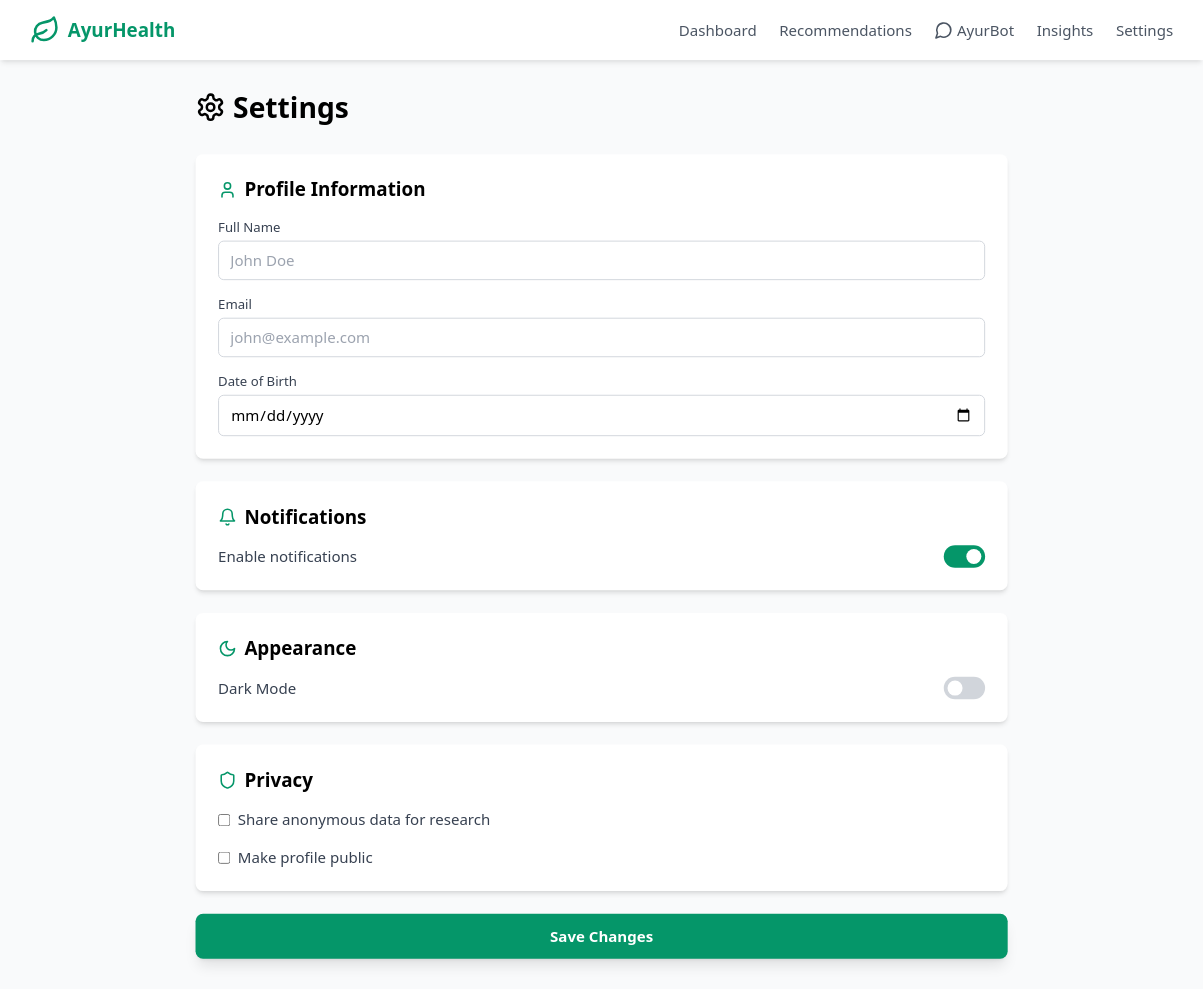
Repository: HridayAgg/AyurHealth
Page: /settings
The author's editor kept a copy of each file at every save. The page is drawn from the files as they stood at one save, then again after the next save.
The browser window is 1280 px wide. The pictures show the whole page, at 94% of full size.
Some web fonts or font styles are not loaded; a fallback is used. The project was rebuilt for these pictures with package versions that can differ from the ones it lists, and the page was loaded fresh each time. Also part of the build but not shown: vite.config.ts, src/pages/Home.tsx, src/pages/Recommendations.tsx, src/pages/ArticleDetail.tsx, src/pages/GoogleFitAuth.tsx, src/pages/Chat.tsx.

Above is the page before, as saved 2025-03-16 00:11:39.

After the next save:
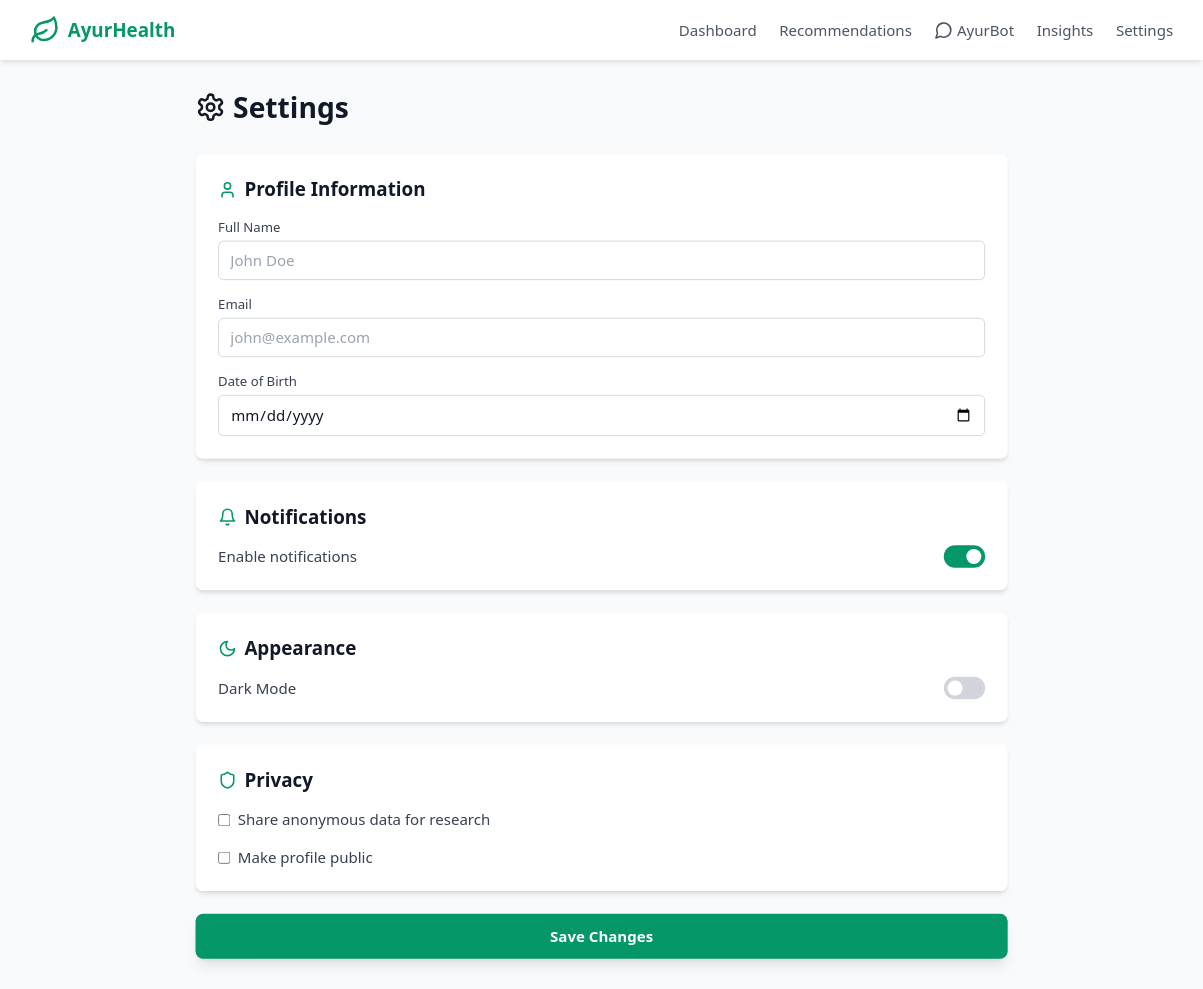
Saved 44 s later.
--- a/src/pages/Settings.tsx
+++ b/src/pages/Settings.tsx
@@ -1,60 +1,61 @@
 import React, { useState } from 'react';
 import { Settings as SettingsIcon, Bell, Shield, User, Moon } from 'lucide-react';
 import { Button } from '../components/Button';
+import { useTheme } from '../contexts/ThemeContext';
 
 export const Settings: React.FC = () => {
   const [notifications, setNotifications] = useState(true);
-  const [darkMode, setDarkMode] = useState(false);
+  const { darkMode, toggleDarkMode } = useTheme();
 
   return (
     <div className="max-w-4xl mx-auto px-4 py-8">
-      <h1 className="text-3xl font-bold mb-8 flex items-center gap-2">
+      <h1 className="text-3xl font-bold mb-8 flex items-center gap-2 text-gray-900 dark:text-white">
         <SettingsIcon className="h-8 w-8" />
         Settings
       </h1>
 
-      <div className="bg-white rounded-lg shadow-md p-6 mb-6">
-        <h2 className="text-xl font-semibold mb-4 flex items-center gap-2">
+      <div className="bg-white dark:bg-gray-800 rounded-lg shadow-md p-6 mb-6">
+        <h2 className="text-xl font-semibold mb-4 flex items-center gap-2 text-gray-900 dark:text-white">
           <User className="h-5 w-5 text-emerald-600" />
           Profile Information
         </h2>
         <div className="space-y-4">
           <div>
-            <label className="block text-sm font-medium text-gray-700 mb-1">Full Name</label>
+            <label className="block text-sm font-medium text-gray-700 dark:text-gray-300 mb-1">Full Name</label>
             <input
               type="text"
-              className="w-full px-3 py-2 border border-gray-300 rounded-md"
+              className="w-full px-3 py-2 border border-gray-300 dark:border-gray-600 rounded-md bg-white dark:bg-gray-700 text-gray-900 dark:text-white"
               placeholder="John Doe"
             />
           </div>
           <div>
-            <label className="block text-sm font-medium text-gray-700 mb-1">Email</label>
+            <label className="block text-sm font-medium text-gray-700 dark:text-gray-300 mb-1">Email</label>
             <input
               type="email"
-              className="w-full px-3 py-2 border border-gray-300 rounded-md"
+              className="w-full px-3 py-2 border border-gray-300 dark:border-gray-600 rounded-md bg-white dark:bg-gray-700 text-gray-900 dark:text-white"
               placeholder="john@example.com"
             />
           </div>
           <div>
-            <label className="block text-sm font-medium text-gray-700 mb-1">Date of Birth</label>
+            <label className="block text-sm font-medium text-gray-700 dark:text-gray-300 mb-1">Date of Birth</label>
             <input
               type="date"
-              className="w-full px-3 py-2 border border-gray-300 rounded-md"
+              className="w-full px-3 py-2 border border-gray-300 dark:border-gray-600 rounded-md bg-white dark:bg-gray-700 text-gray-900 dark:text-white"
             />
           </div>
         </div>
       </div>
 
-      <div className="bg-white rounded-lg shadow-md p-6 mb-6">
-        <h2 className="text-xl font-semibold mb-4 flex items-center gap-2">
+      <div className="bg-white dark:bg-gray-800 rounded-lg shadow-md p-6 mb-6">
+        <h2 className="text-xl font-semibold mb-4 flex items-center gap-2 text-gray-900 dark:text-white">
           <Bell className="h-5 w-5 text-emerald-600" />
           Notifications
         </h2>
         <div className="flex items-center justify-between">
-          <span className="text-gray-700">Enable notifications</span>
+          <span className="text-gray-700 dark:text-gray-300">Enable notifications</span>
           <button
             className={`relative inline-flex h-6 w-11 items-center rounded-full transition-colors ${
-              notifications ? 'bg-emerald-600' : 'bg-gray-300'
+              notifications ? 'bg-emerald-600' : 'bg-gray-300 dark:bg-gray-600'
             }`}
             onClick={() => setNotifications(!notifications)}
           >
@@ -67,18 +68,18 @@
         </div>
       </div>
 
-      <div className="bg-white rounded-lg shadow-md p-6 mb-6">
-        <h2 className="text-xl font-semibold mb-4 flex items-center gap-2">
+      <div className="bg-white dark:bg-gray-800 rounded-lg shadow-md p-6 mb-6">
+        <h2 className="text-xl font-semibold mb-4 flex items-center gap-2 text-gray-900 dark:text-white">
           <Moon className="h-5 w-5 text-emerald-600" />
           Appearance
         </h2>
         <div className="flex items-center justify-between">
-          <span className="text-gray-700">Dark Mode</span>
+          <span className="text-gray-700 dark:text-gray-300">Dark Mode</span>
           <button
             className={`relative inline-flex h-6 w-11 items-center rounded-full transition-colors ${
-              darkMode ? 'bg-emerald-600' : 'bg-gray-300'
+              darkMode ? 'bg-emerald-600' : 'bg-gray-300 dark:bg-gray-600'
             }`}
-            onClick={() => setDarkMode(!darkMode)}
+            onClick={toggleDarkMode}
           >
             <span
               className={`inline-block h-4 w-4 transform rounded-full bg-white transition-transform ${
@@ -89,19 +90,19 @@
         </div>
       </div>
 
-      <div className="bg-white rounded-lg shadow-md p-6 mb-6">
-        <h2 className="text-xl font-semibold mb-4 flex items-center gap-2">
+      <div className="bg-white dark:bg-gray-800 rounded-lg shadow-md p-6 mb-6">
+        <h2 className="text-xl font-semibold mb-4 flex items-center gap-2 text-gray-900 dark:text-white">
           <Shield className="h-5 w-5 text-emerald-600" />
           Privacy
         </h2>
         <div className="space-y-4">
           <div className="flex items-center">
             <input type="checkbox" id="shareData" className="mr-2" />
-            <label htmlFor="shareData" className="text-gray-700">Share anonymous data for research</label>
+            <label htmlFor="shareData" className="text-gray-700 dark:text-gray-300">Share anonymous data for research</label>
           </div>
           <div className="flex items-center">
             <input type="checkbox" id="publicProfile" className="mr-2" />
-            <label htmlFor="publicProfile" className="text-gray-700">Make profile public</label>
+            <label htmlFor="publicProfile" className="text-gray-700 dark:text-gray-300">Make profile public</label>
           </div>
         </div>
       </div>
